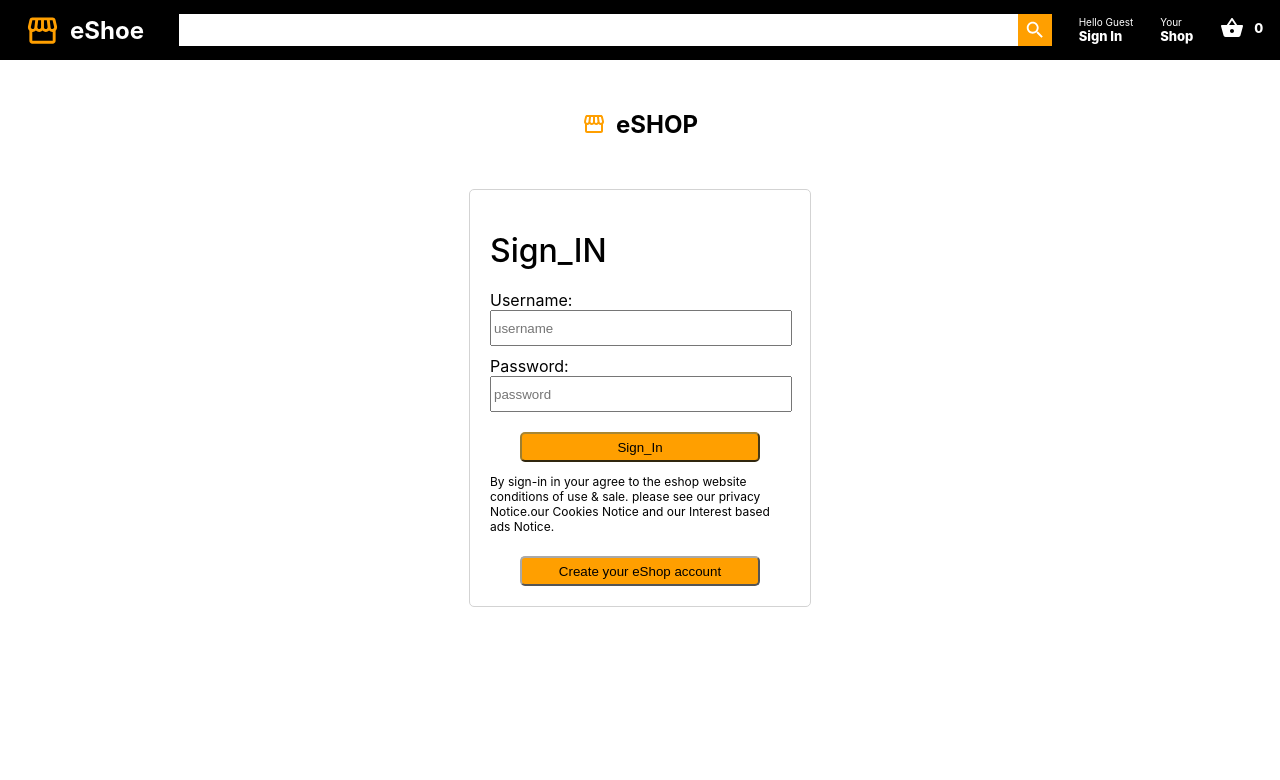
Repository: sandeepreddyvitta/react
Page: /login (app in eshop/)
The author's editor kept a copy of each file at every save. The page is drawn from the files as they stood at one save, then again after the next save.
The browser window is 1280 px wide. The pictures show the whole page.
The project was rebuilt for these pictures with package versions that can differ from the ones it lists, and the page was loaded fresh each time. Also part of the build but not shown: eshop/src/components/products/product.scss, eshop/src/components/products/Product.js, eshop/src/components/home/home.scss, eshop/src/components/home/Home.js, eshop/src/components/checkOut/checkout.scss, eshop/src/components/checkOut/checkoutproduct.scss, eshop/src/components/checkOut/CheckOutProduct.js, eshop/src/components/checkOut/subtotal.scss and 2 more.

Above is the page before, as saved 2022-12-07 11:54:46.

After the next save:
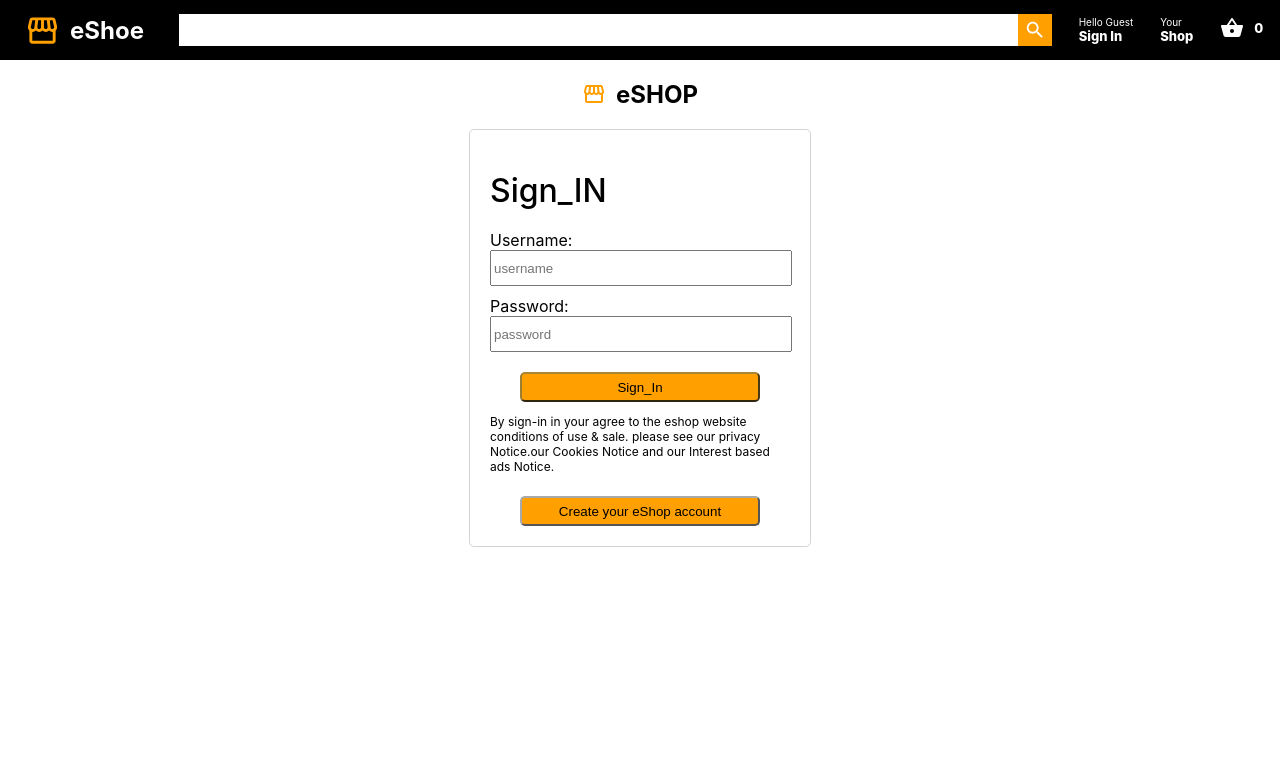
Saved 98 s later.
--- a/eshop/src/components/login/login.scss
+++ b/eshop/src/components/login/login.scss
@@ -7,7 +7,7 @@
     .logo{
         display: flex;
         align-items: center;
-        margin: 30px 0px;
+        // margin: 30px 0px;
         .icon{
             color:#ff9f00;
         }
